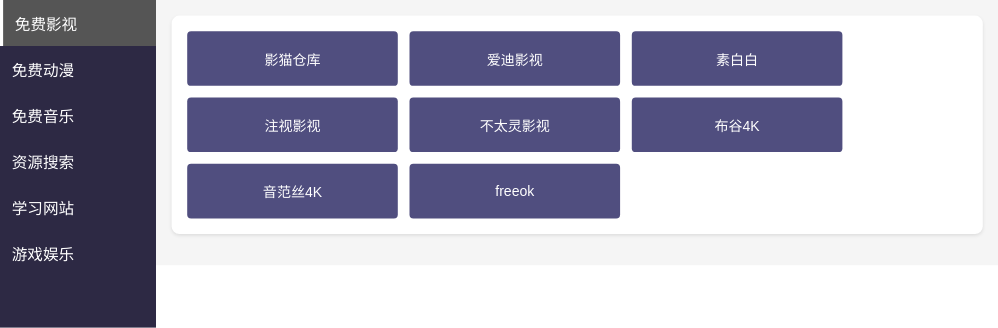
Repository: D-cocoa/D-cocoa.github.io
Page: index.html
These files come from the project's save history. The page is drawn as it stood at one moment and after the next save; the edit follows.
The browser window is 1280 px wide. The pictures show the part of the page from y = 300 to 1800 px (the page is 720 px tall before and 1800 px after), at 78% of full size.

Above is the page before, as saved 2025-02-05 14:34:11.

### index.html
<!DOCTYPE html>
<html lang="zh-CN">
<head>
    <meta charset="UTF-8">
    <meta name="viewport" content="width=device-width, initial-scale=1.0">
    <title>自娱自乐</title>
    <style>
        body {
            font-family: Arial, sans-serif;
            margin: 0;
            padding: 0;
        }
        #search-container {
            position: fixed;
            top: 0;
            left: 0;
            right: 0;
            height: 300px;
            background-image: url('https://10wallpaper.com/wallpaper/1366x768/2409/Starry_Sky_Badlands_Mountains_Night_Peak_5K_1366x768.jpg');
            background-size: cover;
            background-position: center;
            background-repeat: no-repeat;
            display: flex;
            justify-content: center;
            align-items: center;
            z-index: 10;
        }
        #search-wrapper {
            position: relative;
            width: 50%;
        }
        #search-input {
            width: 100%;
            padding: 10px 40px 10px 10px;
            border: none;
            font-size: 18px;
            background-color: rgba(255, 255, 255, 0.8);
            border-radius: 20px;
        }
        #search-icon {
            position: absolute;
            right: 10px;
            top: 50%;
            transform: translateY(-50%);
            cursor: pointer;
            width: 24px;
            height: 24px;
        }
        #sidebar {
            width: 200px;
            background-color: rgb(45, 41, 68);
            position: fixed;
            left: 0;
            top: 300px;
            bottom: 0;
            overflow-y: auto;
        }
        #sidebar ul {
            list-style-type: none;
            padding: 0;
            margin: 0;
        }
        #sidebar li a {
            color: white;
            text-decoration: none;
            padding: 15px;
            display: block;
            font-family: "华文行楷", "楷体", cursive;
            font-size: 20px;
        }
        #sidebar li a:hover {
            background-color: #555;
        }
        #content {
            margin-left: 200px;
            padding: 320px 20px 20px;
            background-color: #f5f5f5;
        }
        .section {
            background-color: white;
            border-radius: 10px;
            box-shadow: 0 2px 5px rgba(0,0,0,0.1);
            margin-bottom: 20px;
            overflow: hidden;
        }
        .section.active {
            display: block;
        }

        #profile-container {
            position: fixed;
            top: 20px;
            left: 20px;
            display: flex;
            align-items: center;
            z-index: 20;
        }
        #avatar {
            width: 50px;
            height: 50px;
            margin-right: 10px;
            border-radius: 50%;
        }
        #author-name {
            color: white;
            font-size: 24px;
            margin-right: 70px;
            font-family: "华文行楷", "楷体", cursive;
            text-shadow: 2px 2px 4px rgba(0,0,0,0.5);
            letter-spacing: 2px;
        }
        #wechat-icon {
            width: 48px;
            height: 48px;
            cursor: pointer;
            position: relative;
        }
        #wechat-icon img {
            width: 100%;
            height: 100%;
            border-radius: 50%;
        }
        #wechat-qr {
            display: none;
            position: absolute;
            top: 100%;
            left: 0;
            width: 150px;
            height: auto;
        }
        #wechat-qr img {
            width: 100%;
            height: auto;
            display: block;
            border-radius: 0;
        }
        #wechat-icon:hover #wechat-qr {
            display: block;
        }

        @media (max-width: 768px) {
            #search-container {
                height: 200px;
            }
            #search-wrapper {
                width: 80%;
            }
            #sidebar {
                top: 200px;
            }
            #content {
                padding-top: 220px;
            }
        }

        .site-container {
            display: flex;
            flex-wrap: wrap;
            gap: 15px;
            padding: 20px;
        }

        .site-link {
            display: flex;
            align-items: center;
            justify-content: center;
            width: 250px; /* 固定宽度为 250px */
            min-height: 50px; /* 最小高度，可以根据需要调整 */
            padding: 10px;
            background-color: rgb(80, 78, 127);
            color: white;
            text-decoration: none;
            border-radius: 5px;
            font-size: 18px; /* 增大字体大小 */
            transition: background-color 0.3s;
            text-align: center;
            word-break: break-word; /* 允许长单词换行 */
        }

        .site-link:hover {
            background-color: rgb(100, 98, 147);
        }

        /* 添加激活状态的导航样式 */
        #sidebar li a.active {
            background-color: #555;
            border-left: 4px solid #fff;
        }

        /* 默认隐藏所有内容区域 */
        .section {
            display: none;
        }

        /* 显示激活的内容区域 */
        .section.active {
            display: block;
        }
    </style>
</head>
<body>
    <div id="profile-container">
        <img id="avatar" src="./images/头像.jpg" alt="我的头像">
        <span id="author-name">一叶之秋</span>
        <div id="wechat-icon">
            <img src="./images/weixin.png" alt="微信图标" width="48" height="48">
            <div id="wechat-qr">
                <img src="./images/加好友.jpg" alt="微信二维码">
            </div>
        </div>
    </div>

    <div id="search-container">
        <div id="search-wrapper">
            <input type="text" id="search-input" placeholder="站内搜索...">
            <img id="search-icon" src="./images/搜索图标.png" alt="搜索">
        </div>
    </div>

    <nav id="sidebar">
        <ul id="nav-list">
            <!-- 导航项将通过JavaScript动态添加 -->
        </ul>
    </nav>

    <div id="content">
        <!-- 内容区域将通过JavaScript动态添加 -->
    </div>

    <script>
        function fetchNavData() {
            // 将导航资源.txt的内容直接粘贴在这里
            const data = `免费影视:
影猫仓库,https://ymck.pro/
爱迪影视,https://adys.tv/
素白白,https://www.subaibaiys.com/
注视影视,https://gaze.run/?ref=yinghe.app
不太灵影视,https://www.7bt0.com/
布谷4K,https://www.bugutv.org/
音范丝4K,https://www.yinfans.me/page/140?ivk_sa=1025922p
freeok,https://www.freeok.vip/

免费动漫:
风车动漫,http://yuanjinjuan.com/
克拉TV,https://www.kelatv.com/
MX动漫,https://www.mxdmp.com/
樱花动漫,http://www.yinghua8.io/
宫下动漫,https://www.iyxdm.one/
奇米动漫,http://www.qimiqimi.net/

免费音乐:
音乐搜索器,http://www.xmsj.org/
freeMp3,http://tool.liumingye.cn/music/?page=searchPage
放屁网,https://www.fangpi.net/
音悦网,https://www.yinyuetai.com/
下载吧,https://xiageba.com/
muscienc,https://www.musicenc.com/
熊猫无损,https://www.xmwav.com/

资源搜索:
克隆窝,https://www.xmwav.com/
剥壳,https://www.ghxi.com/
小纸条,https://ali.gitcafe.ink/
资源帝电子书,https://shu.ziyuandi.cn/
小白盘,https://www.xiaobaipan.com/
乐学多思,https://www.lexueduosi.com/#/

学习网站:
国家高等教育平台,https://www.chinaooc.com.cn/
国家职业教育平台,https://www.smartedu.cn/special/TeacherTrainingW2024
国家哲学社会科学文献中心,https://www.ncpssd.org/
终身教育平台,https://le.ouchn.cn/home
考试酷,https://www.examcoo.com/
数学公式,https://mathsolver.microsoft.com/zh

游戏娱乐:
嗅灵数娱,https://www.linggo.top/
520,https://www.gamer520.com/
在线dos,https://dos.lol/
游戏星空,https://gamestarfield.com/`;

            const navData = parseNavData(data);
            createNavigation(navData);
        }

        function parseNavData(text) {
            const lines = text.split('\n');
            const navData = {};
            let currentCategory = '';

            lines.forEach(line => {
                line = line.trim();
                if (line.endsWith(':')) {
                    currentCategory = line.slice(0, -1);
                    navData[currentCategory] = [];
                } else if (line && currentCategory) {
                    const [name, url] = line.split(',');
                    if (name && url) {
                        navData[currentCategory].push([name.trim(), url.trim()]);
                    }
                }
            });

            return navData;
        }

        function createNavigation(navData) {
            const navList = document.getElementById('nav-list');
            const contentDiv = document.getElementById('content');

            // 清空现有内容
            navList.innerHTML = '';
            contentDiv.innerHTML = '';

            // 创建导航菜单和内容
            let isFirst = true;
            for (const [category, sites] of Object.entries(navData)) {
                // 添加导航项
                const li = document.createElement('li');
                const a = document.createElement('a');
                a.href = `#${category}`;
                a.textContent = category;
                if (isFirst) {
                    a.classList.add('active');
                }
                li.appendChild(a);
                navList.appendChild(li);

                // 创建对应的内容区域
                const section = document.createElement('div');
                section.id = category;
                section.className = 'section';
                if (isFirst) {
                    section.classList.add('active');
                    isFirst = false;
                }

                const siteContainer = document.createElement('div');
                siteContainer.className = 'site-container';
                for (const [siteName, siteUrl] of sites) {
                    const siteLink = document.createElement('a');
                    siteLink.href = siteUrl;
                    siteLink.textContent = siteName;
                    siteLink.className = 'site-link';
                    siteLink.target = "_blank";
                    siteContainer.appendChild(siteLink);
                }
                section.appendChild(siteContainer);
                contentDiv.appendChild(section);
            }

            // 添加导航点击事件
            const links = document.querySelectorAll('#sidebar a');
            const sections = document.querySelectorAll('.section');

            links.forEach(link => {
                link.addEventListener('click', function(e) {
                    e.preventDefault();

                    // 移除所有导航项的激活状态
                    links.forEach(l => l.classList.remove('active'));
                    // 添加当前点击项的激活状态
                    this.classList.add('active');

                    // 获取目标内容区域
                    const targetId = this.getAttribute('href').substring(1);

                    // 隐藏所有内容区域
                    sections.forEach(section => {
                        section.classList.remove('active');
                    });

                    // 显示目标内容区域
                    document.getElementById(targetId).classList.add('active');
                });
            });
        }

        // 初始加载导航数据
        fetchNavData();

        // 搜索功能
        document.getElementById('search-input').addEventListener('input', function() {
            const searchTerm = this.value.toLowerCase();
            const sections = document.querySelectorAll('.section');

            sections.forEach(section => {
                const text = section.textContent.toLowerCase();
                if (text.includes(searchTerm)) {
                    section.style.display = 'block';
                } else {
                    section.style.display = 'none';
                }
            });
        });

        document.getElementById('search-icon').addEventListener('click', function() {
            const searchInput = document.getElementById('search-input');
            const searchTerm = searchInput.value.toLowerCase();
            const sections = document.querySelectorAll('.section');

            sections.forEach(section => {
                const text = section.textContent.toLowerCase();
                if (text.includes(searchTerm)) {
                    section.style.display = 'block';
                } else {
                    section.style.display = 'none';
                }
            });
        });
    </script>
</body>
</html>

After the next save:
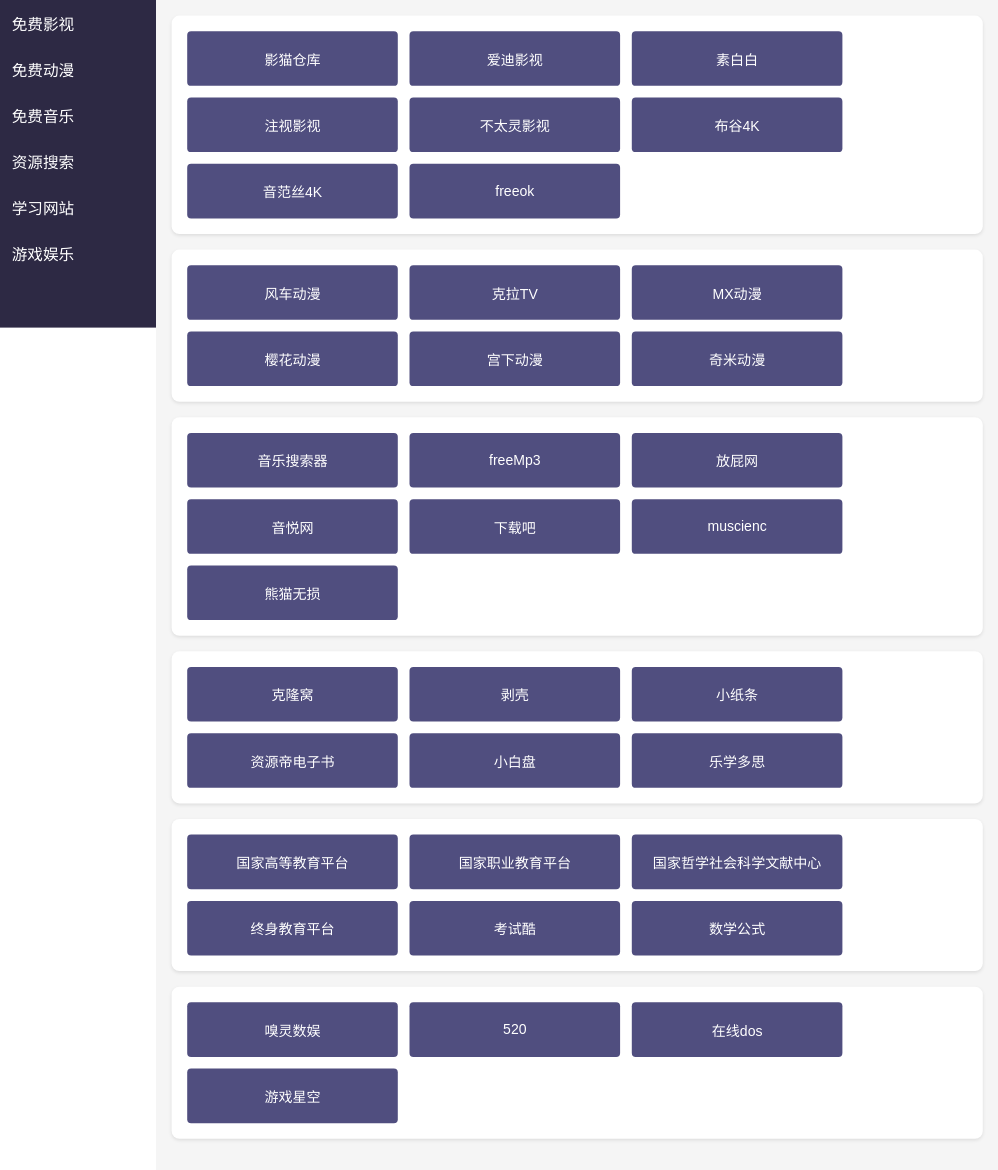
Saved 14 min 25 s later.
--- a/index.html
+++ b/index.html
@@ -180,22 +180,6 @@
         .site-link:hover {
             background-color: rgb(100, 98, 147);
         }
-
-        /* 添加激活状态的导航样式 */
-        #sidebar li a.active {
-            background-color: #555;
-            border-left: 4px solid #fff;
-        }
-
-        /* 默认隐藏所有内容区域 */
-        .section {
-            display: none;
-        }
-
-        /* 显示激活的内容区域 */
-        .section.active {
-            display: block;
-        }
     </style>
 </head>
 <body>
@@ -279,7 +263,9 @@ muscienc,https://www.musicenc.com/
 在线dos,https://dos.lol/
 游戏星空,https://gamestarfield.com/`;
 
+            console.log("Raw data:", data);
             const navData = parseNavData(data);
+            console.log("Parsed navigation data:", navData);
             createNavigation(navData);
         }
 
@@ -313,16 +299,12 @@ muscienc,https://www.musicenc.com/
             contentDiv.innerHTML = '';
 
             // 创建导航菜单和内容
-            let isFirst = true;
             for (const [category, sites] of Object.entries(navData)) {
                 // 添加导航项
                 const li = document.createElement('li');
                 const a = document.createElement('a');
                 a.href = `#${category}`;
                 a.textContent = category;
-                if (isFirst) {
-                    a.classList.add('active');
-                }
                 li.appendChild(a);
                 navList.appendChild(li);
 
@@ -330,10 +312,6 @@ muscienc,https://www.musicenc.com/
                 const section = document.createElement('div');
                 section.id = category;
                 section.className = 'section';
-                if (isFirst) {
-                    section.classList.add('active');
-                    isFirst = false;
-                }
 
                 const siteContainer = document.createElement('div');
                 siteContainer.className = 'site-container';
@@ -342,38 +320,32 @@ muscienc,https://www.musicenc.com/
                     siteLink.href = siteUrl;
                     siteLink.textContent = siteName;
                     siteLink.className = 'site-link';
-                    siteLink.target = "_blank";
+                    siteLink.target = "_blank"; // 在新标签页中打开链接
                     siteContainer.appendChild(siteLink);
                 }
                 section.appendChild(siteContainer);
                 contentDiv.appendChild(section);
             }
 
-            // 添加导航点击事件
+            // 导航和内容切换逻辑
             const links = document.querySelectorAll('#sidebar a');
             const sections = document.querySelectorAll('.section');
 
             links.forEach(link => {
                 link.addEventListener('click', function(e) {
                     e.preventDefault();
-
-                    // 移除所有导航项的激活状态
-                    links.forEach(l => l.classList.remove('active'));
-                    // 添加当前点击项的激活状态
-                    this.classList.add('active');
-
-                    // 获取目标内容区域
                     const targetId = this.getAttribute('href').substring(1);
-
-                    // 隐藏所有内容区域
                     sections.forEach(section => {
                         section.classList.remove('active');
                     });
-
-                    // 显示目标内容区域
                     document.getElementById(targetId).classList.add('active');
                 });
             });
+
+            // 默认显示第一个部分
+            if (sections.length > 0) {
+                sections[0].classList.add('active');
+            }
         }
 
         // 初始加载导航数据
